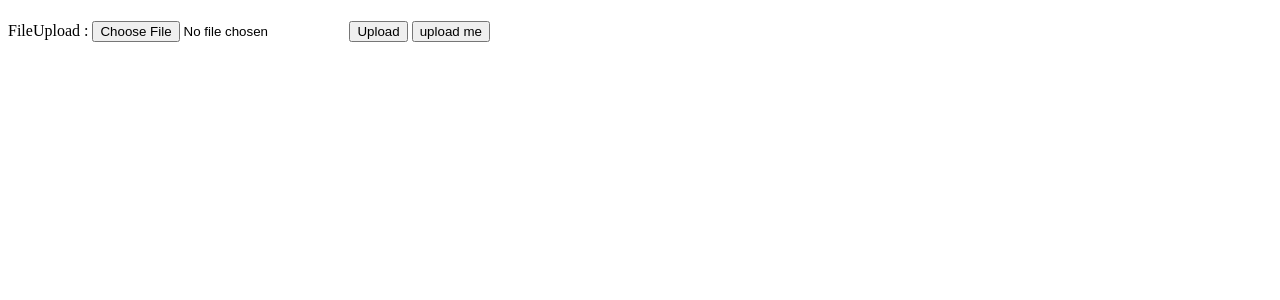
Repository: aygodbole/Coding-Assessment
Page: http://localhost/DocMgmt/resources/views/index.jsp
An editor plug-in stored every save of this project. The page is shown before and after the next save, followed by the edit.
The browser window is 1280 px wide. The pictures show the whole page.
The page is served by Tomcat 9.

Above is the page before, as saved 2017-12-20 05:07:14.

### DocMgmt/src/main/webapp/resources/views/index.jsp
<%@ page language="java" contentType="text/html; charset=ISO-8859-1" pageEncoding="ISO-8859-1"%>
<!DOCTYPE html>
<html>
<head>
	<meta charset="ISO-8859-1">
	<title>Insert title here</title>
</head>
<body ng-app ="DocManagerApp">
<div ng-controller = "DocCtrl">
<h1>{{name}} </h1>
</div>

FileUpload : <!-- <input id="fileAttUpload" type="file" data-ng-model="fileAttUpload" onchange="angular.element(this).scope().onFileSelect(this);"> -->
<input id="fileAttUpload" type="file" file-model = "myFile">
<input type="button" value="Upload" ng-click="saveAttachments()">
<button ng-click = "saveAttachments()">upload me</button>



<!-- jQuery (necessary for Bootstrap's JavaScript plugins) -->
 <script type="text/javascript" src='<%=request.getContextPath()%>/resources/js/jquery.min.js'></script>
<script type="text/javascript" src='<%=request.getContextPath() %>/resources/js/angular.min.js'></script>
<script type="text/javascript" src='<%=request.getContextPath() %>/resources/js/angular-route.min.js'></script>
<script type="text/javascript" src='<%=request.getContextPath() %>/resources/js/angular-resource.min.js'></script>
<script type="text/javascript" src='<%=request.getContextPath() %>/resources/js/app.js'></script>
<!-- <script src="https://ajax.googleapis.com/ajax/libs/angularjs/1.4.4/angular.js'></script>-->
</body>
</html>

### DocMgmt/src/main/webapp/resources/js/app.js
var app = angular.module('DocManagerApp', [ 'ngRoute', 'ngResource' ]);

app.controller("DocCtrl", [ '$scope', '$http', '$rootScope', '$log','$timeout',
		function($scope, $http, $rootScope, $log, $timeout) {
			$log.info("Inside Doc controller");


			$scope.saveAttachments = function(){
				$log.info("Inside save attachment");
				var fd = new FormData();
				fd.append("file",$scope.myFile);
				    $http.post("/upload", fd, {
				           transformRequest: angular.identity,
				           headers: {'Content-Type': undefined,
				           	'enctype' :'multipart/form-data'}
				       }).success(function(results){
				       	// console.log("response : _>",results);
				       	$scope.showPreLoader = false;
				if(results.STATUS=='SUCCESS'){
					$log.info("SUCCESS");
				}else {
				$scope.errorMessage = "Error in saving the Attachments";
				 }
				})
				   .error(function(data,status){
				   	$scope.showPreLoader = false;
				   	$scope.errorMessage = "Error in saving the Attachments";
				   });
				};

			$scope.clickUpload = function() {
				$timeout(function() {
					angular.element('#fileAttUpload').trigger('click');
				});
			};

			$scope.onFileSelect = function($files) {
				$timeout(function() {
					$scope.fileAttUpload = angular.element($files).val();
					$scope.file = $files.files[0];
					$scope.disableContinue = false;
				});
			};

		} ]);

app.directive('fileModel', ['$parse', function ($parse) {
    return {
       restrict: 'A',
       link: function(scope, element, attrs) {
          var model = $parse(attrs.fileModel);
          var modelSetter = model.assign;

          element.bind('change', function(){
             scope.$apply(function(){
                modelSetter(scope, element[0].files[0]);
             });
          });
       }
    };
 }]);

Loaded but not shown: DocMgmt/src/main/webapp/resources/js/jquery.min.js (library); DocMgmt/src/main/webapp/resources/js/angular.min.js (library); DocMgmt/src/main/webapp/resources/js/angular-route.min.js (library); DocMgmt/src/main/webapp/resources/js/angular-resource.min.js (library)

After the next save:
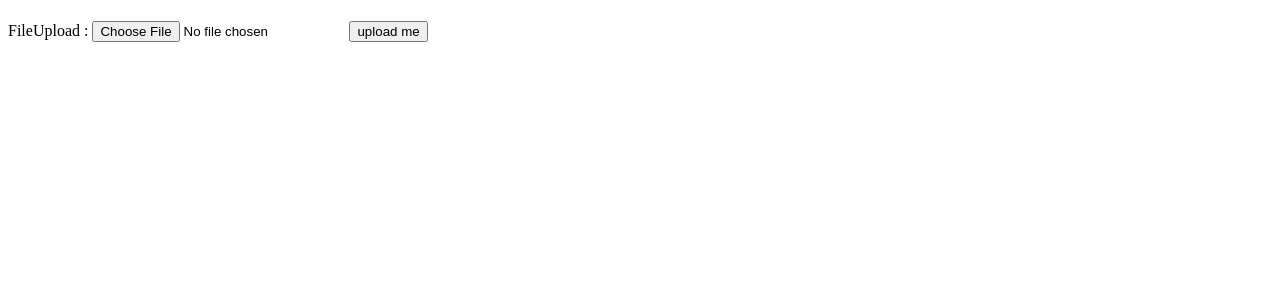
Saved 7 s later.
--- a/DocMgmt/src/main/webapp/resources/views/index.jsp
+++ b/DocMgmt/src/main/webapp/resources/views/index.jsp
@@ -12,7 +12,6 @@
 
 FileUpload : <!-- <input id="fileAttUpload" type="file" data-ng-model="fileAttUpload" onchange="angular.element(this).scope().onFileSelect(this);"> -->
 <input id="fileAttUpload" type="file" file-model = "myFile">
-<input type="button" value="Upload" ng-click="saveAttachments()">
 <button ng-click = "saveAttachments()">upload me</button>
 
 
